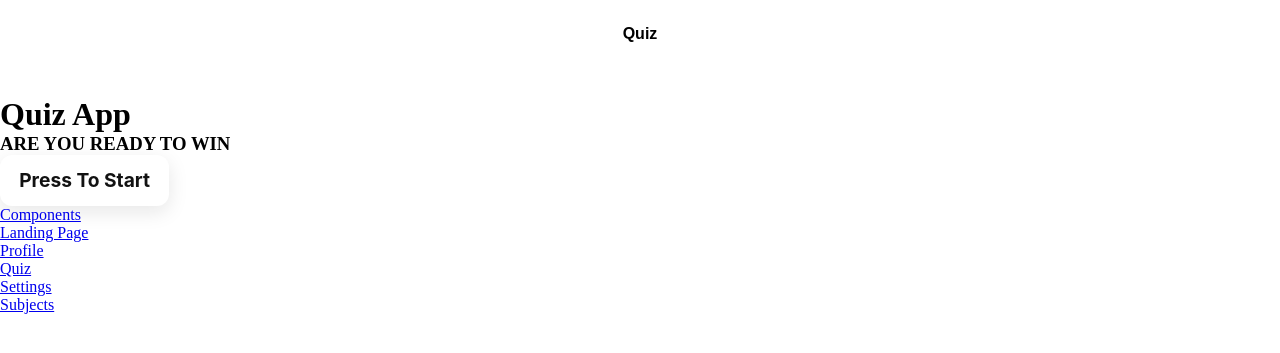
Repository: 1medi/pocketprof
Page: /QuizPage
The author's editor kept a copy of each file at every save. The page is drawn from the files as they stood at one save, then again after the next save.
The browser window is 1280 px wide. The pictures show the whole page.
The project was rebuilt for these pictures with package versions that can differ from the ones it lists, and the page was loaded fresh each time. The framework's server and built-in components were replaced by stand-ins that run in the browser. Also part of the build but not shown: next.config.mjs, Components/Buttons/Oscar/Oscar.module.css, Components/Buttons/Oscar/index.js.

Above is the page before, as saved 2024-04-13 20:19:19.

### pages/QuizPage.js
import Head from "next/head";
import styles from "@/styles/QuizPage.module.css";
import Link from "next/link";
import Header from "@/Components/Header";
import Button3 from "@/Components/Buttons/Button3"
import NavBar from "@/Components/Navbar";

export default function QuizPage() {
  return (
    <>
      <Head>
        <title>Quiz Page</title>
        <meta name="description" content="Quiz section" />
        <meta name="viewport" content="width=device-width, initial-scale=1" />
        <link rel="icon" href="/favicon.ico" />
      </Head>
      <Header name="Quiz"/>
      <main className={`${styles.main}`}>
        <div className={styles.container}>
          <h1 className={styles.title}>Quiz App</h1>
          <div className={styles.descriptionContainer}>
            <h3>ARE YOU READY TO WIN</h3>
          </div>
          <Link href='/quiz/page' className={styles.buttonContainer}>
            <Button3 name={"Press To Start"} />
          </Link>
        </div>
      </main>
      <NavBar />
    </>
  );
}

### pages/api/chat-gpt/route.js
import { NextResponse } from "next/server";

export async function POST(request) {
  return NextResponse.json({
    name: "IT WORKS!!!",
  });
}

### styles/globals.css
:root {
background-color: white;
align-content: center;
--main-color-purple: #53239B;
--main-color-lightpurple: #CCBFED;
--secondary-color-blue: #9AB7F9;
--secondary-color-lightblue: #CCE3FB;

--font-header: 34pt ;
--font-section-header: 28pt;
--font-sub-header: 24pt;
--font-button: 16pt;
--font-body: 16pt;
--font-secondary: 14pt;
--font-tertiary:12pt;

--headings: "mont", sans-serif;
--body-text: "Noto Sans", sans-serif;

}


* {
    padding: 0;
    margin: 0;
  }

  ol,
  ul {
    list-style: none;
  }

### styles/QuizPage.module.css
@media only screen and (max-width:430px) {
  .main {
  overflow-x: hidden;
  justify-content: center;
  display: flex;
}

.container {
  max-width: 400px;
  max-height: 932px;
  width: 100%;
  background-color: #8CACF4;
  position: relative;
  display: flex;
  flex-direction: column;
  margin-top: 100px;
  border-radius: 10px;
  z-index: 1;
}

.title{
  text-align: center;
  padding:10px;
  font-family: "Montserrat", "sans-serif";
}

.descriptionContainer{
  text-align: center;
  padding:10px
}

.buttonContainer {
  text-align: center;
  padding: 10px;
}

.backgroundArt {
  z-index: 999;
  position: relative;
  bottom: 200px;
}
}

### Components/Header/index.js
import styles from "@/Components/Header/Header.module.css"
import Link from "next/link"
import { Montserrat } from "next/font/google"

const montserrat = Montserrat({
  subsets: ['latin'],
});
export default function Header({name}){
  return (
    <>
    <header className={styles.header}>

      <h1 className={styles.headerTitle}>{name}</h1>
    </header>
    </>
  )
}

### Components/Buttons/Button3/index.js
import styles from "./Button3.module.css"

export default function Button3({
  name
}){
  return (
    <>
    <button className={styles.button}>{name}</button>
    </>
  )
}

### Components/Navbar/index.js
import styles from "./Navbar.module.css"
import Oscar from "@/Components/Buttons/Oscar"
import Link from "next/link"

export default function NavBar() {
  return (
    <nav className={styles.nav}>
        <div className={styles.navContainer}>
          <ul className={styles.navOptions}>
            <li className={styles.navLink}>
            <Link href={'/Components'} className={styles.navText}>Components </Link>
            </li>
            <li className={styles.navLink}>
            <Link href={'/LandingPage'} className={styles.navText}>Landing Page </Link>
            </li>
            <li className={styles.navLink}>
            <Link href={'/Profile'} className={styles.navText}>Profile </Link>
            </li>
            <li className={styles.navLink}>
            <Link href={'/QuizPage'} className={styles.navText}>Quiz</Link>
            </li>
            <li className={styles.navLink}>
            <Link href={'/Settings'} className={styles.navText}>Settings</Link>
            </li>
            <li className={styles.navLink}>
            <Link href={'/Subjects'} className={styles.navText}>Subjects</Link>
            </li>
          </ul>

        </div>
    </nav>
  )
}

### Components/Header/Header.module.css
.header{
  max-height: 400;
  height: 6em;
}

.headerTitle{
  text-align: center;
  margin:auto;
  display: flex;
  justify-content: center;
  color: black;
  padding-top: 25px;
  font-family: var(--headings);
  font-size: var(--section-header);
}

### Components/Buttons/Button3/Button3.module.css
.button {
  align-items: center;
  background-color: #fff;
  border-radius: 12px;
  box-shadow: transparent 0 0 0 3px,rgba(18, 18, 18, .1) 0 6px 20px;
  box-sizing: border-box;
  color: #121212;
  cursor: pointer;
  display: inline-flex;
  flex: 1 1 auto;
  font-family: Inter,sans-serif;
  font-size: 1.2rem;
  font-weight: 700;
  justify-content: center;
  line-height: 1;
  margin: 0;
  outline: none;
  padding: 1rem 1.2rem;
  text-align: center;
  text-decoration: none;
  transition: box-shadow .2s,-webkit-box-shadow .2s;
  white-space: nowrap;
  border: 0;
  user-select: none;
  -webkit-user-select: none;
  touch-action: manipulation;
}

.button:hover {
  box-shadow: #121212 0 0 0 3px, transparent 0 0 0 0;
}

### Components/Navbar/Navbar.module.css
@media only screen and (max-width:430px) {
  .nav {
  position: fixed;
  bottom: 0;
  left: 0;
  width: 100%;
  display: flex;
  flex-direction: row;
  background-color:var(--main-color-lightpurple);
  justify-content: space-around;
}

.navContainer{
  position: relative;
  justify-content: space-around;
  width: 100%;
}
.buttonContainer{
  padding:10px;

}

.navOptions{
  display: flex;
  flex-direction: row;
  text-align: center;
  justify-content: space-around;
  padding: 10px;
  text-decoration: none;
}

.navLink{
  padding: 10px;
  border-radius: 10px;
  text-decoration: none;
  list-style: none;
  position: relative;
  justify-content: center;
}

.image:hover{
  background-color: #8b82a4;
}

.navText{
  text-decoration: none;
  list-style: none;
  color:black;
}

.navText:visited{
  text-decoration: none;
  list-style: none;
  color: black;
}
}

Loaded but not shown: pages/_app.js (common file); pages/_document.js (common file); pages/api/hello.js (common file); pages/api/askOscar.js (no copy from this time; the picture is the same without it); pages/api/chat.js (no copy from this time; the picture is the same without it); pages/api/image.js (no copy from this time; the picture is the same without it)

After the next save:
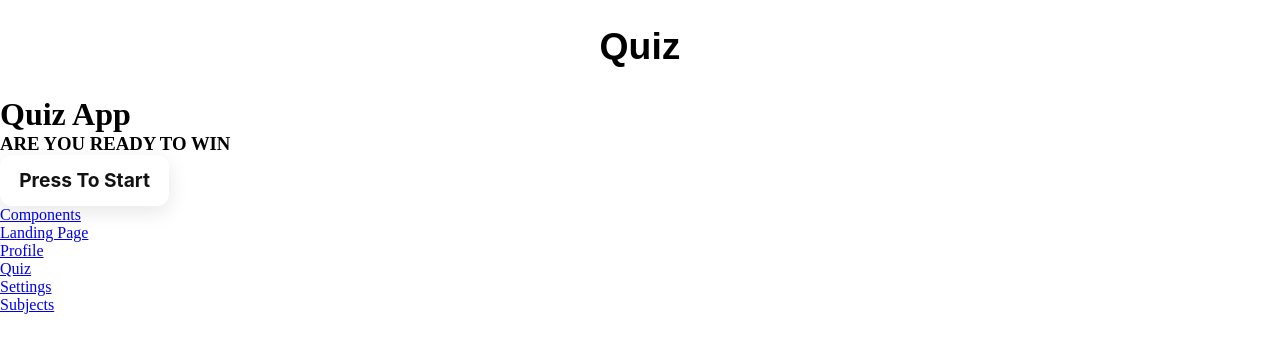
Saved 22 min 16 s later.
--- a/Components/Header/Header.module.css
+++ b/Components/Header/Header.module.css
@@ -11,5 +11,5 @@
   color: black;
   padding-top: 25px;
   font-family: var(--headings);
-  font-size: var(--section-header);
+  font-size: var(--font-section-header);
 }
